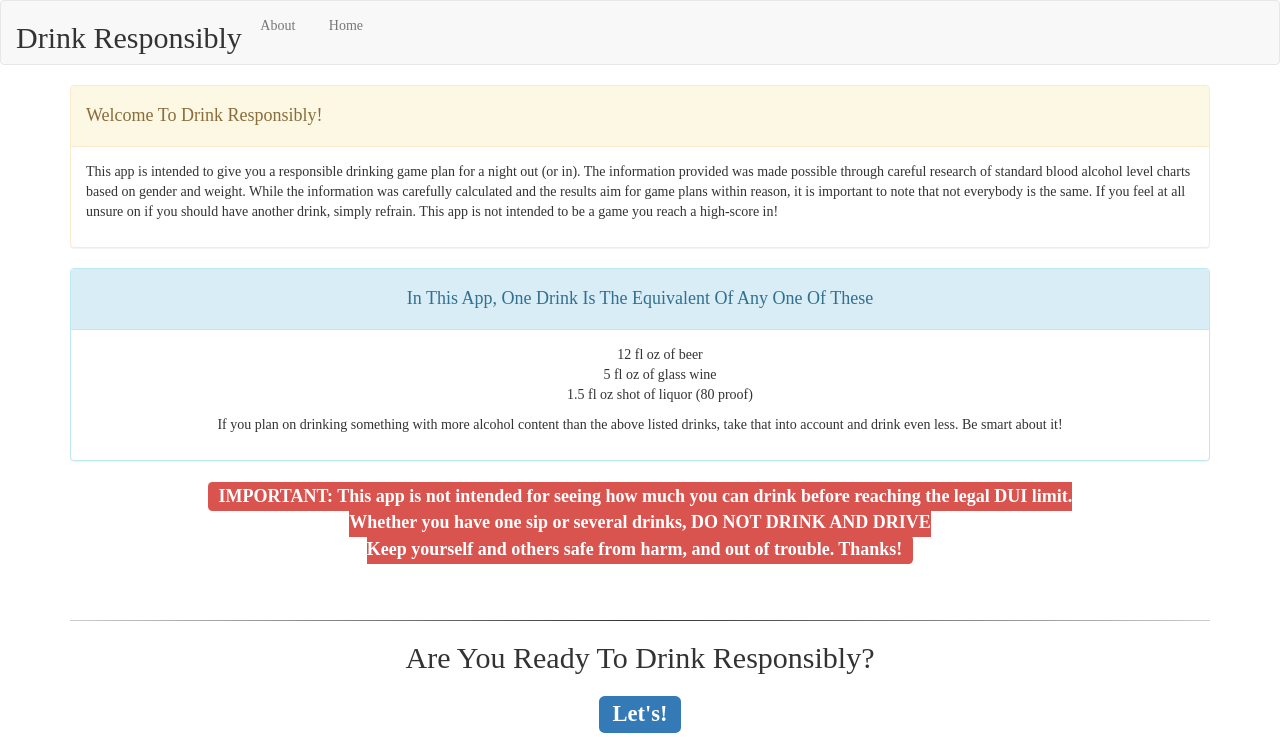
Repository: NatNat180/DrinkResponsibly
Page: http://localhost/DrinkResponsibly/
The author's editor kept a copy of each file at every save. The page is drawn from the files as they stood at one save, then again after the next save.
The browser window is 1280 px wide. The pictures show the whole page.
Some web fonts or font styles are not loaded; a fallback is used. The page is served by Tomcat 9. Other server files are loaded and not shown.

Above is the page before, as saved 2016-04-07 20:46:22.

### DrinkResponsibly/WebContent/WEB-INF/about.jsp
<%@ page language="java" contentType="text/html; charset=UTF-8"
    pageEncoding="ISO-8859-1"%>
<%@ taglib prefix="c" uri="http://java.sun.com/jsp/jstl/core" %>
<!DOCTYPE html>
<html lang="eng">
<head>
<meta http-equiv="Content-Type" content="text/html; charset=UTF-8">
<link rel="stylesheet" type="text/css" href="bootstrap/css/bootstrap.css"/>
<link rel="stylesheet" type="text/css" href="css/style.css"/>
<title>What Is Drink Responsibly?</title>
</head>
<body>
<c:import url="/WEB-INF/navigation.html"/>
<section class="container">

<div class="panel panel-warning">
<div class="panel-heading">
<h4>Welcome To Drink Responsibly!</h4>
</div>
<div class="panel-body">
	<p>This app is intended to give you a responsible drinking game plan for a night out
	(or in). The information provided was made possible through careful research of
	standard blood alcohol level charts based on gender and weight. While the
	information was carefully calculated and the results aim for game plans
	within reason, it is important to note that not everybody is the same.
	If you feel at all unsure on if you should have another drink, simply refrain.
	This app is not intended to be a game you reach a high-score in!</p>
</div>
</div>

<div class="center-text">

	<div class="panel panel-info">
	<div class="panel-heading">
	<h4>In This App, One Drink Is The Equivalent Of Any One Of These</h4>
	</div>
	<div class="panel-body">
		<ul>
			<li>12 fl oz of beer</li>
			<li>5 fl oz of glass wine</li>
			<li>1.5 fl oz shot of liquor (80 proof)</li>
		</ul>
	<p>If you plan on drinking something with more alcohol content than the above
	listed drinks, take that into account and drink even less. Be smart about it!</p>
	</div>
	</div>

	<h3><span class="label label-danger">IMPORTANT: This app is not intended for seeing how much you can drink before reaching the legal DUI limit.
	<br>Whether you have one sip or several drinks, DO NOT DRINK AND DRIVE
	<br>Keep yourself and others safe from harm, and out of trouble. Thanks!</span></h3>
	<h3><span class="labal label-danger"></span></h3>
	<h3><span class="label label-danger"></span></h3>
	<br>
	<hr>

<h2>Are You Ready To Drink Responsibly?</h2>
	<h2><span class="label label-primary"><a href="form">Let's!</a></span></h2>

</div><!-- end text center -->

</section>
</body>
</html>

### DrinkResponsibly/WebContent/WEB-INF/navigation.html
<nav class="navbar navbar-default" role="navigation">
	<div class="container-fluid">
		<div class="navbar-header">
		  <h1 class="nav-title" style="font-size: 30px;">Drink Responsibly</h1>
		</div>
		<ul class="nav navbar-nav navbar-left">
			<li id="right"><a href="">&nbsp;About</a>
			<li id="right"><a href="form">&nbsp;Home</a>
		</ul>
	</div>
</nav>

### DrinkResponsibly/src/com/application/Home.java
package com.application;

import java.io.IOException;
import javax.servlet.ServletException;
import javax.servlet.annotation.WebServlet;
import javax.servlet.http.HttpServlet;
import javax.servlet.http.HttpServletRequest;
import javax.servlet.http.HttpServletResponse;

@WebServlet("")
public class Home extends HttpServlet {
	private static final long serialVersionUID = 1L;

    public Home() {
        super();

    }

	protected void doPost(HttpServletRequest request, HttpServletResponse response) throws ServletException, IOException {

		doGet(request, response);
	}

	protected void doGet(HttpServletRequest request, HttpServletResponse response) throws ServletException, IOException {

			request.getServletContext().getRequestDispatcher("/WEB-INF/about.jsp").forward(request, response);

	}

}

### DrinkResponsibly/WebContent/css/style.css
@import url(https://fonts.googleapis.com/css?family=Fjalla+One|Poiret+One|Bitter|Arvo|Amatic+SC:400,700);

/*
font-family: 'Fjalla One', sans-serif;
font-family: 'Poiret One', cursive;
font-family: 'Bitter', serif;
font-family: 'Arvo', serif;
font-family: 'Amatic SC', cursive;
*/

h1 {font-family: 'Poiret One', cursive;}
body {font-family: 'Arvo', serif;}
.center-text {text-align:center;}

ul {
	list-style-type: none;
}

.label a {
	color: white;
}

a:hover{
	text-decoration: none;
	color: #55555;
}

form p {
	margin-top: 5px;
	margin-bottom: 5px;
}

hr {
	border: 0;
	height: 1px;
	background: #333;
	background-image: linear-gradient(to right, #ccc, #333, #ccc);
}

Loaded but not shown: DrinkResponsibly/WebContent/bootstrap/css/bootstrap.css (library)

After the next save:
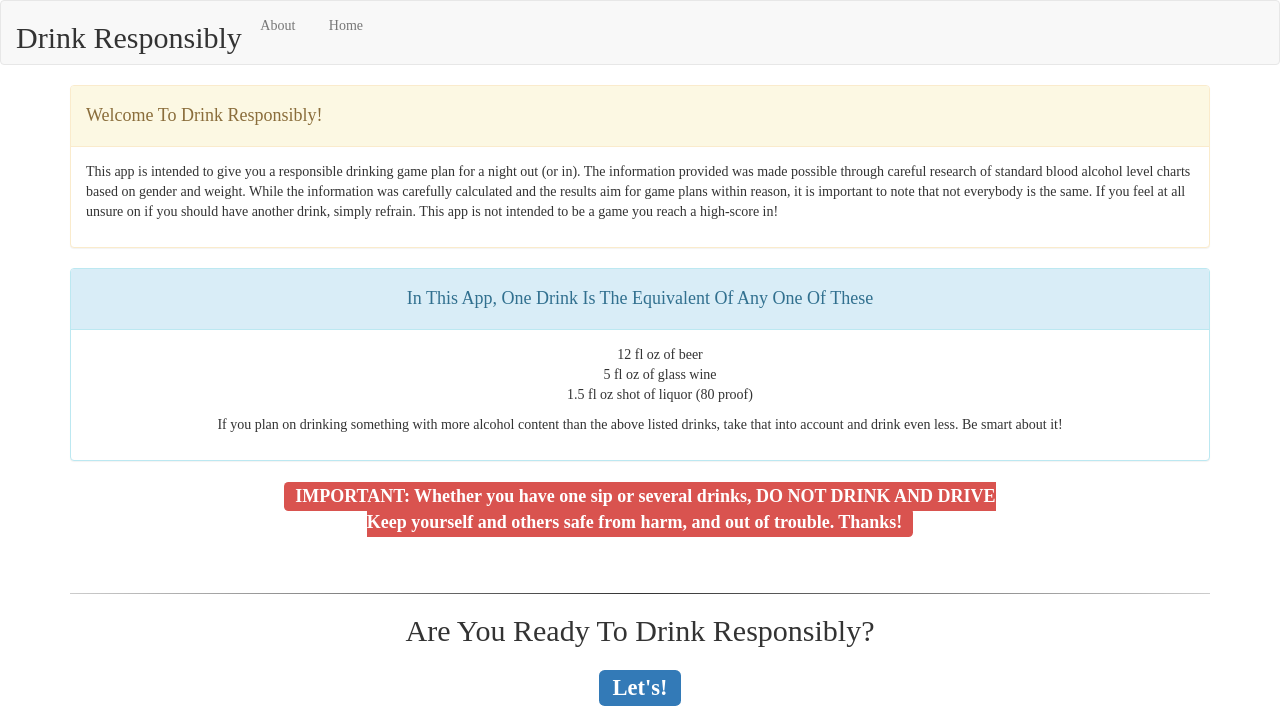
Saved 37 s later.
--- a/DrinkResponsibly/WebContent/WEB-INF/about.jsp
+++ b/DrinkResponsibly/WebContent/WEB-INF/about.jsp
@@ -45,8 +45,7 @@
 	</div>
 	</div>
 
-	<h3><span class="label label-danger">IMPORTANT: This app is not intended for seeing how much you can drink before reaching the legal DUI limit.
-	<br>Whether you have one sip or several drinks, DO NOT DRINK AND DRIVE
+	<h3><span class="label label-danger">IMPORTANT: Whether you have one sip or several drinks, DO NOT DRINK AND DRIVE
 	<br>Keep yourself and others safe from harm, and out of trouble. Thanks!</span></h3>
 	<h3><span class="labal label-danger"></span></h3>
 	<h3><span class="label label-danger"></span></h3>
